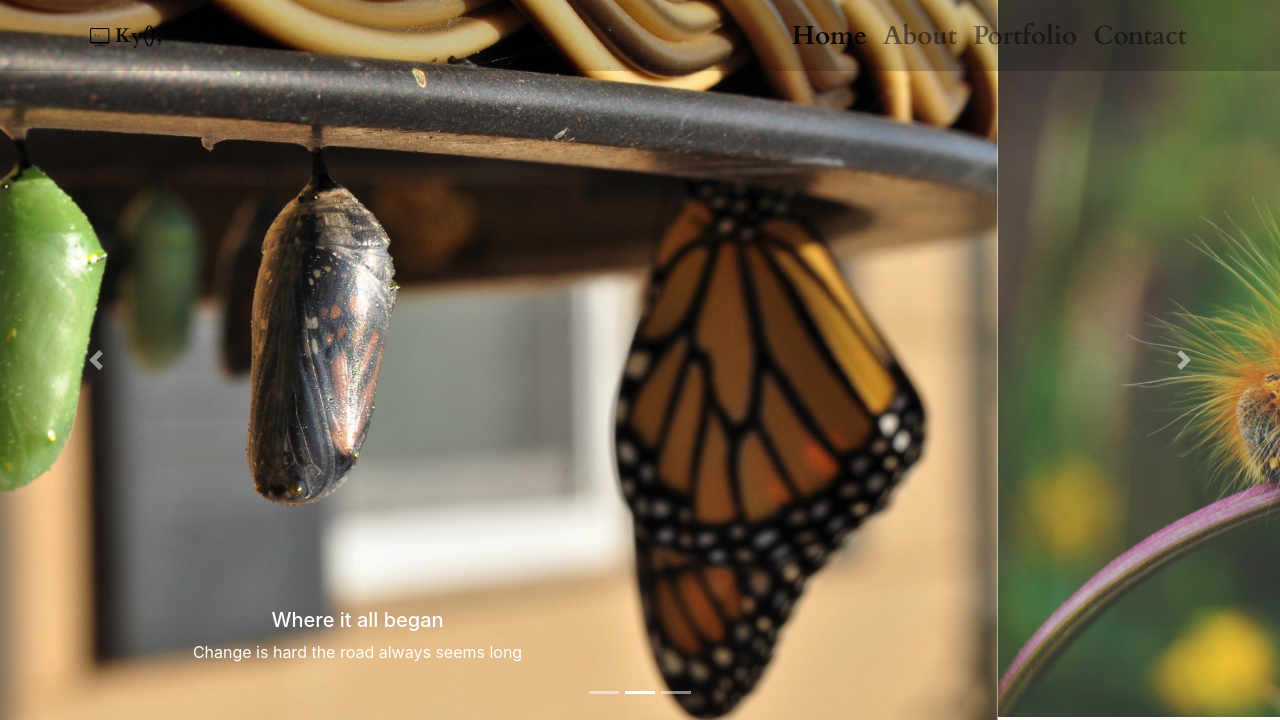
Repository: kkyler24/thekyfunction
Page: index.html
These files come from the project's save history. The page is drawn as it stood at one moment and after the next save; the edit follows.
The browser window is 1280 px wide. The pictures show the whole page.
Some web libraries are served in a nearby version.

Above is the page before, as saved 2020-05-25 16:18:28.

After the next save:
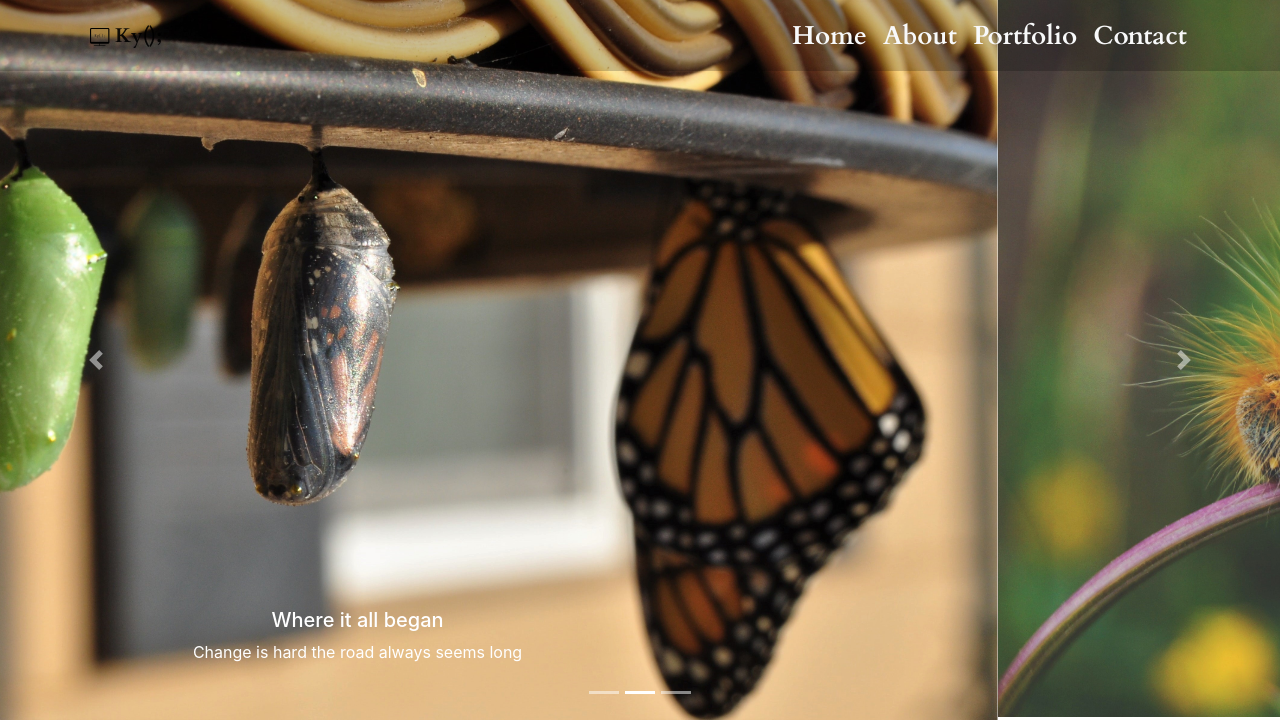
Saved 21 s later.
--- a/home.css
+++ b/home.css
@@ -20,8 +20,10 @@
     color: #f8f9fa;
 }
 
-.navbar-light .navbar-nav .nav-link .active>.nav-link{
+.navbar-light .navbar-nav .active>.nav-link{
     color: #f8f9fa!important;
 }
 
-.navbar-nav
+.navbar-nav .nav-link{
+    color: #f8f9fa!important;
+}

After the save that followed:
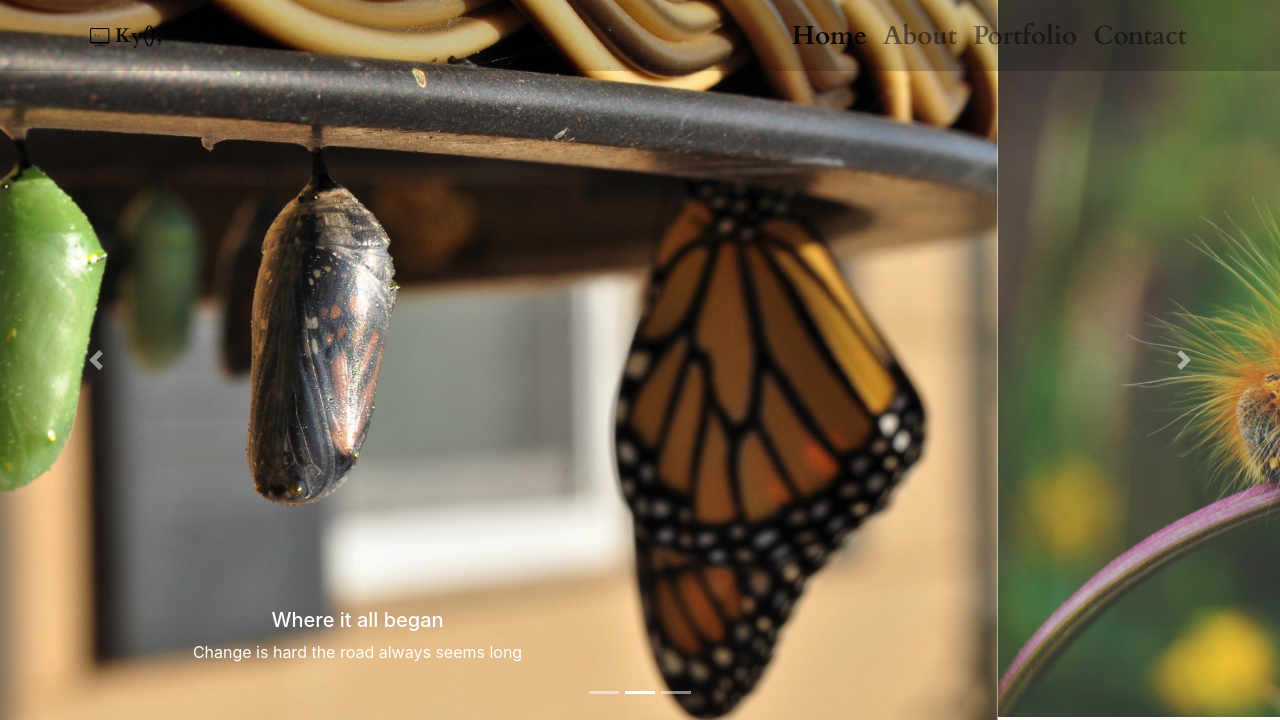
Saved 72 s later.
--- a/home.css
+++ b/home.css
@@ -20,10 +20,10 @@
     color: #f8f9fa;
 }
 
-.navbar-light .navbar-nav .active>.nav-link{
+.navbar-nav .nav-link .navbar-light .navbar-nav .active>.nav-link{
     color: #f8f9fa!important;
 }
 
-.navbar-nav .nav-link{
+/* .navbar-nav .nav-link{
     color: #f8f9fa!important;
-}
+} */
